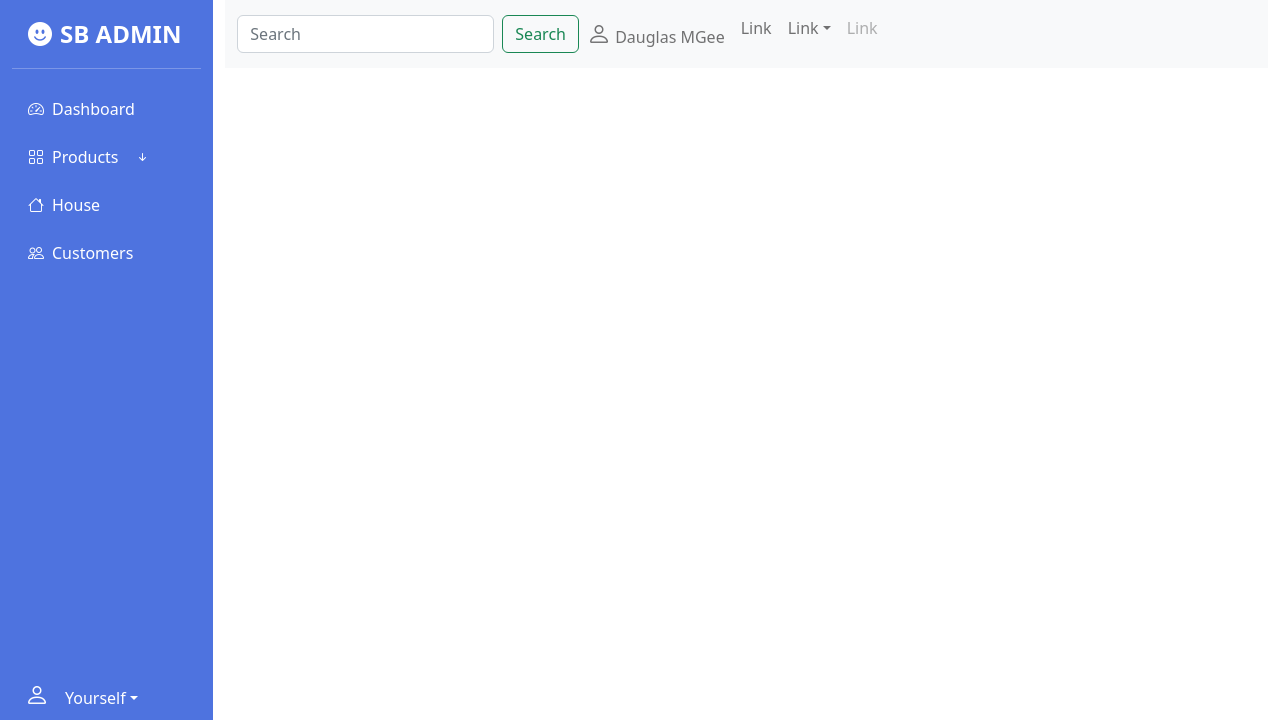
Repository: iqbalaamir/dashboard
Page: /
These files come from the project's save history. The page is drawn as it stood at one moment and after the next save; the edit follows.
The browser window is 1280 px wide. The pictures show the whole page.
The project was rebuilt for these pictures with package versions that can differ from the ones it lists, and the page was loaded fresh each time. Also part of the build but not shown: src/App.css.

Above is the page before, as saved 2023-04-24 17:44:58.

After the next save:
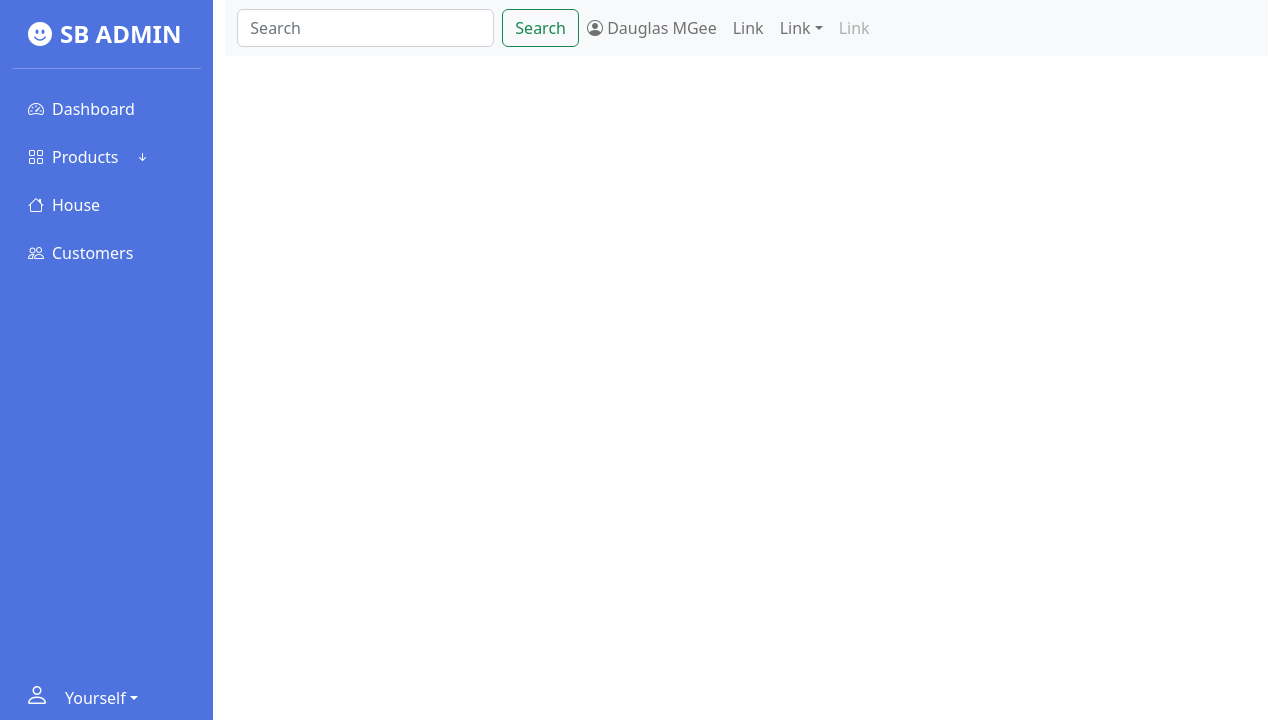
Saved 29 s later.
--- a/src/components/NavbarComponent.js
+++ b/src/components/NavbarComponent.js
@@ -26,7 +26,7 @@ function NavbarComponent() {
             navbarScroll
           >
 
-            <Nav.Link href="#action1">    <i className="bi bi-person fs-4"></i> <span>Dauglas MGee</span></Nav.Link>
+            <Nav.Link href="#action1">   <i class="bi bi-person-circle"></i> <span>Dauglas MGee</span></Nav.Link>
             <Nav.Link href="#action2">Link</Nav.Link>
             <NavDropdown title="Link" id="navbarScrollingDropdown">
               <NavDropdown.Item href="#action3">Action</NavDropdown.Item>
